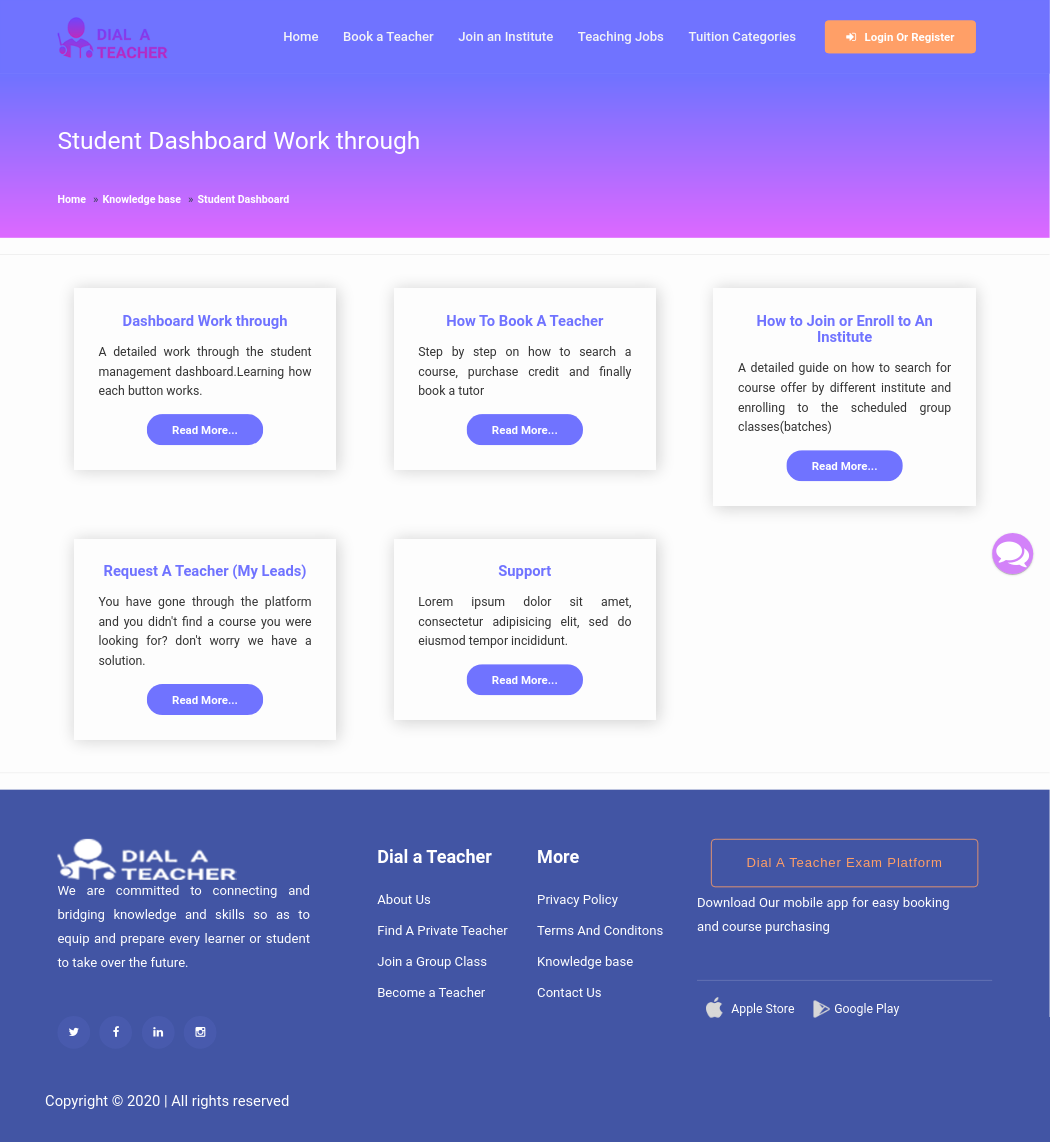
Repository: Samkiroko/DAT_knowledge
Page: knowledge_base/stdashboard.html
An editor plug-in stored every save of this project. The page is shown before and after the next save, followed by the edit.
The browser window is 1280 px wide. The pictures show the whole page, at 82% of full size.

Above is the page before, as saved 2020-12-16 15:08:30.
Console error: TypeError: e.indexOf is not a function

After the next save:
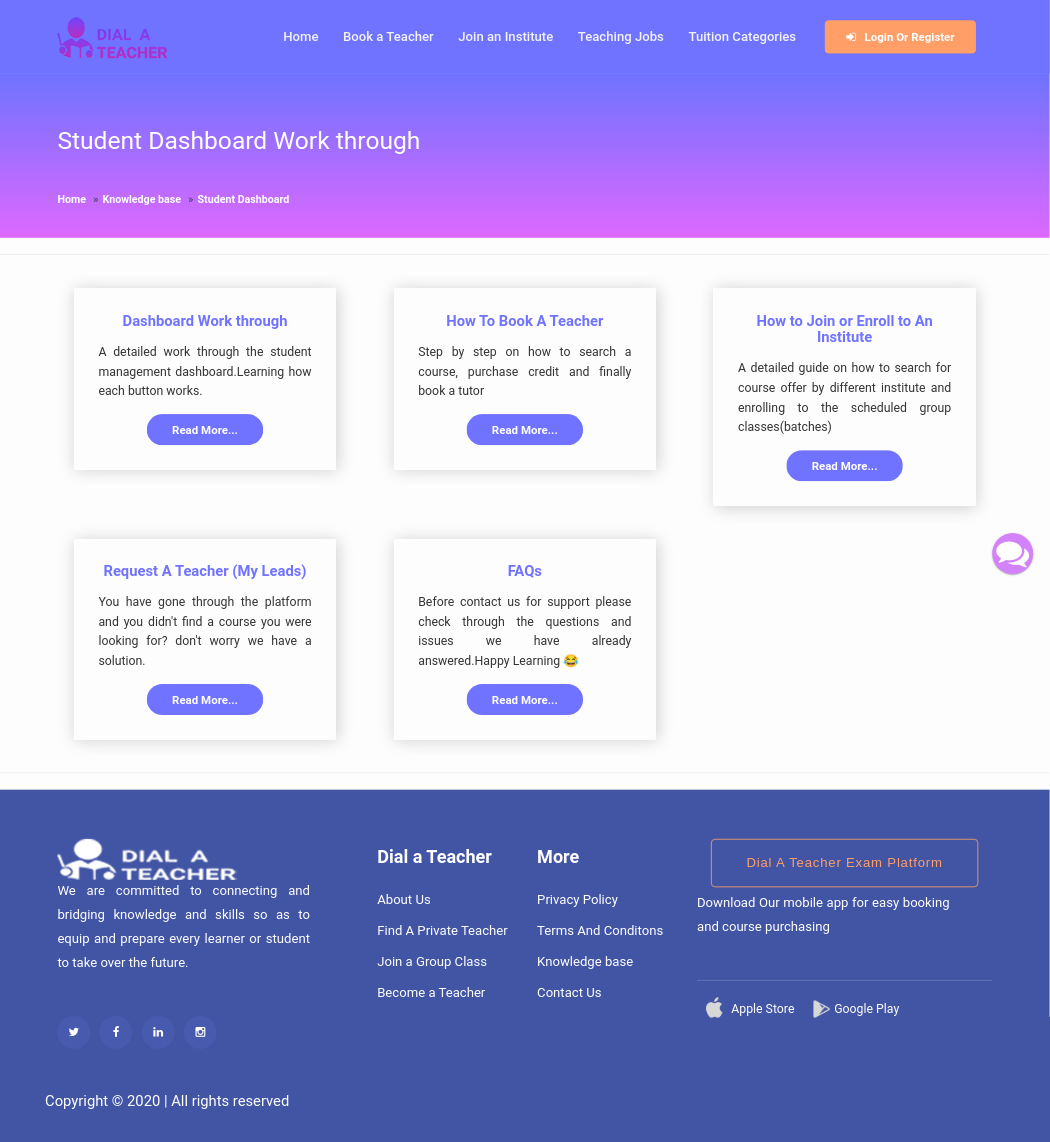
Saved 2 min 16 s later.
--- a/knowledge_base/stdashboard.html
+++ b/knowledge_base/stdashboard.html
@@ -165,8 +165,7 @@
           </div>
           <div class="col-lg-4 col-md-4 col-sm-6 col-xs-12">
             <a href="/knowledge_base/my_leads.html" class="mwb-documentation-section__lists
-            overflow"
-              data-aos="flip-up">
+            overflow" data-aos="flip-up">
               <h3>Request A Teacher (My Leads)</h3>
               <p>You have gone through the platform and you didn't find a course you were looking
                 for? don't worry we have a solution.</p>
@@ -176,9 +175,9 @@
           </div>
           <div class="col-lg-4 col-md-4 col-sm-6 col-xs-12">
             <a href="category.html" class="mwb-documentation-section__lists overflow" data-aos="flip-up">
-              <h3>Support</h3>
-              <p>Lorem ipsum dolor sit amet, consectetur adipisicing elit, sed do eiusmod tempor
-                incididunt.</p>
+              <h3>FAQs</h3>
+              <p>Before contact us for support please check through the questions and issues we have
+                already answered.Happy Learning 😂</p>
               <button type="button" class="mwb-primary-btn mwb-documentation-section__btn">Read
                 more...</button>
             </a>
